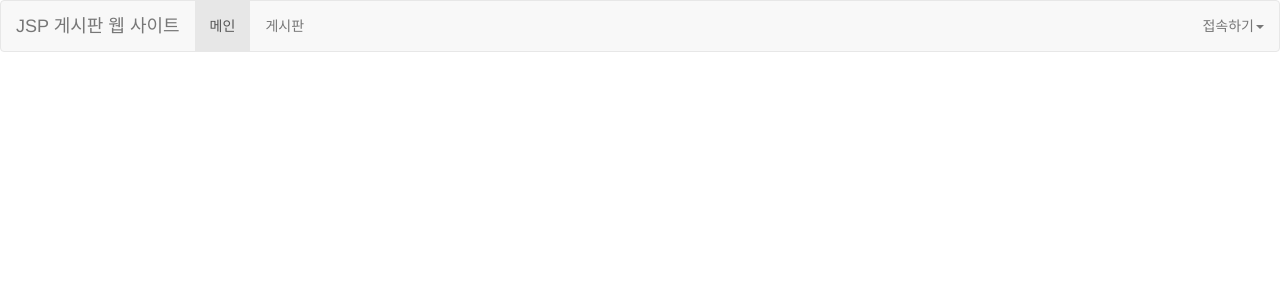
Repository: lihs3443/JSP-Board-System
Page: http://localhost/BBS/main.jsp
These files come from the project's save history. The page is drawn as it stood at one moment and after the next save; the edit follows.
The browser window is 1280 px wide. The pictures show the whole page.
Some web libraries are served in a nearby version. The page is served by Tomcat 9.

Above is the page before, as saved 2022-09-21 13:29:22.

After the next save:
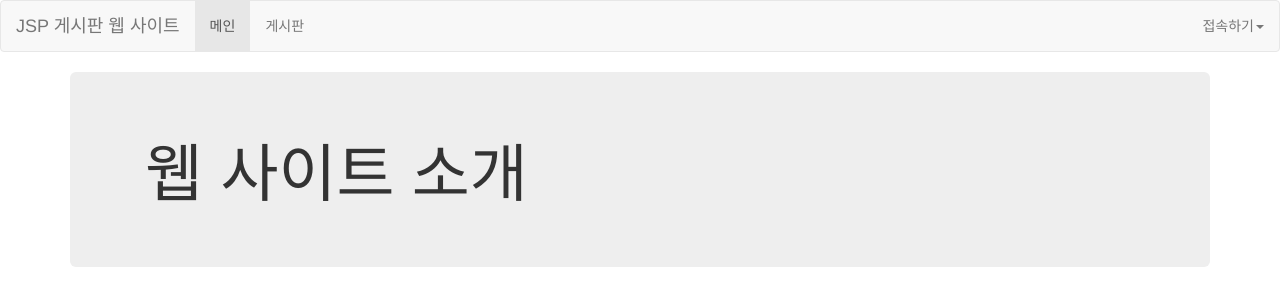
Saved 10 min 2 s later.
--- a/BBS/WebContent/main.jsp
+++ b/BBS/WebContent/main.jsp
@@ -67,6 +67,13 @@
 			%>
 		</div>
 	</nav>
+	<div class="container">
+		<div class="jumbotron">
+			<div class="container">
+				<h1>웹 사이트 소개</h1>
+			</div>
+		</div>
+	</div>
 	<script src="http://code.jquery.com/jquery-3.1.1.min.js"></script>
 	<script src="js/bootstrap.js"></script>
 </body>
